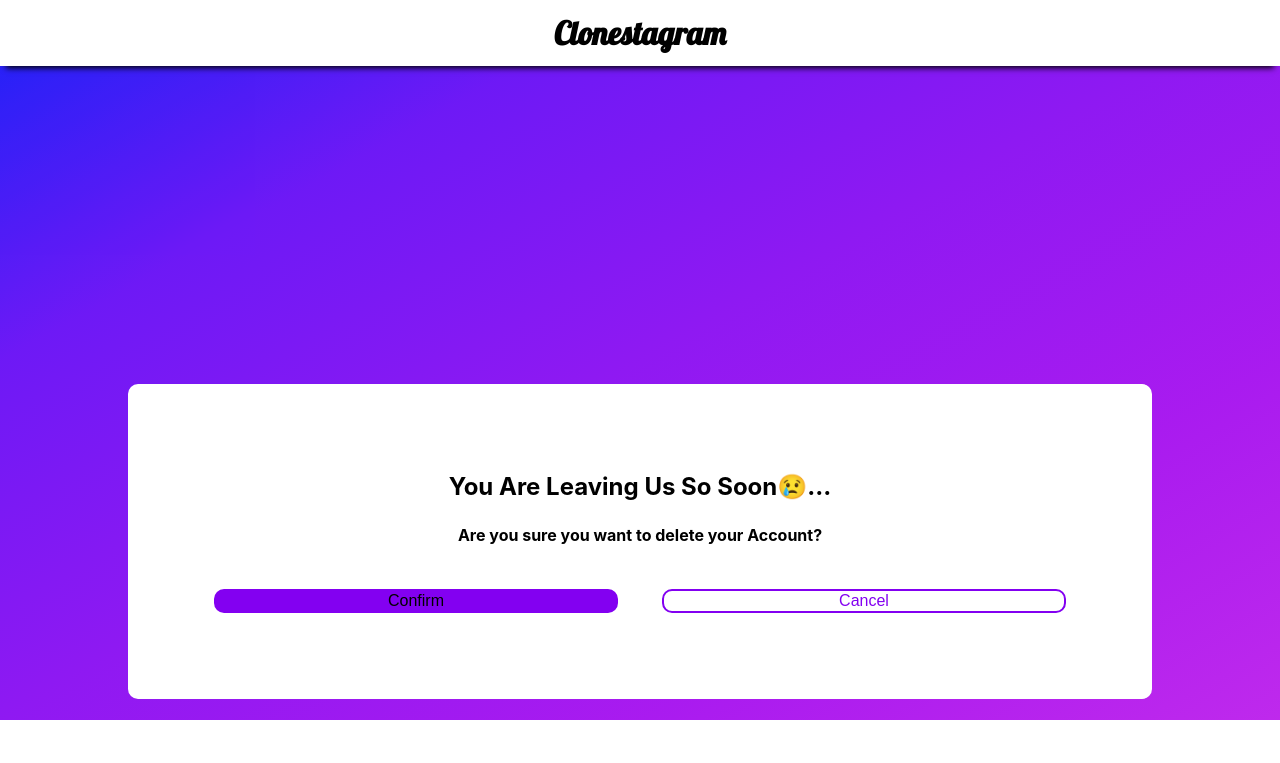
Repository: MikeMoore55/clonestagram
Page: /delaccount
An editor plug-in stored every save of this project. The page is shown before and after the next save, followed by the edit.
The browser window is 1280 px wide. The pictures show the whole page.
The page's requests for data from a server got no answer. The project was rebuilt for these pictures with package versions that can differ from the ones it lists, and the page was loaded fresh each time. The framework's server and built-in components were replaced by stand-ins that run in the browser. No one was signed in, and anything a server would have sent is missing. Also part of the build but not shown: next.config.js.

Above is the page before, as saved 2022-11-24 09:11:03.

After the next save:
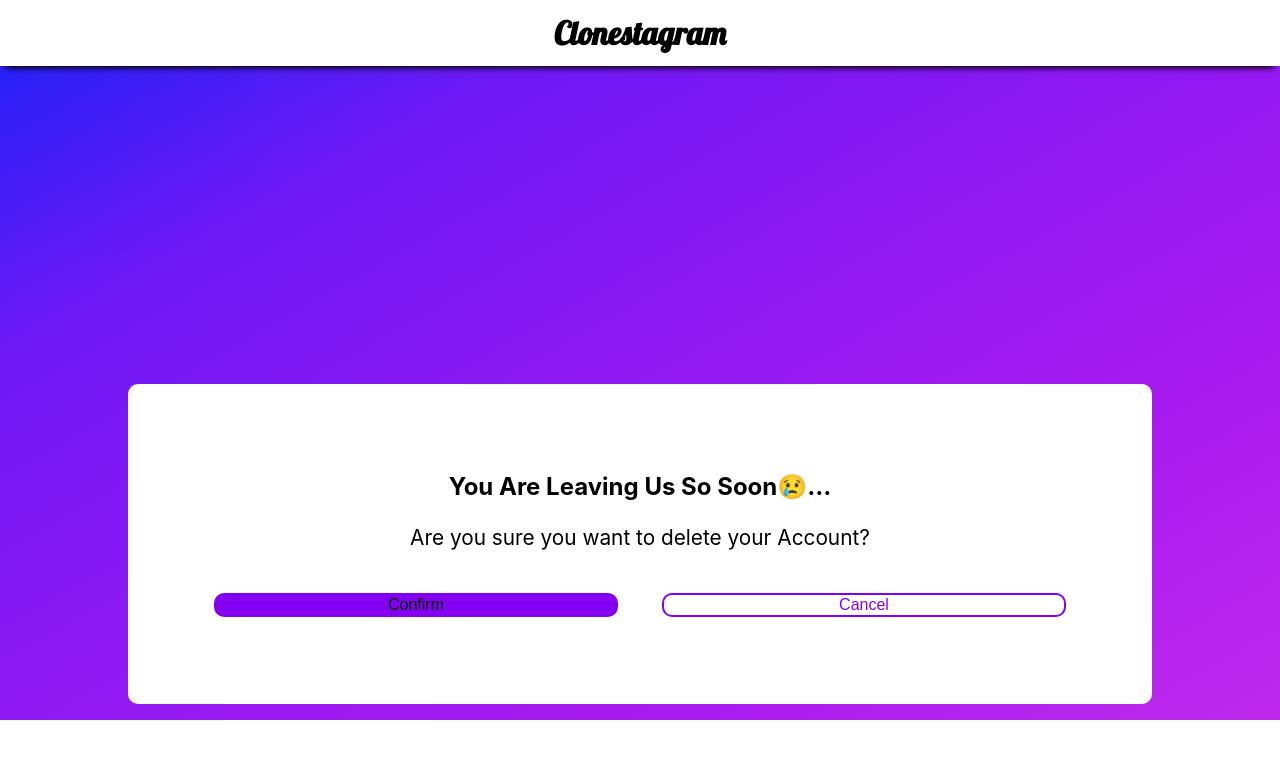
Saved 4 s later.
--- a/pages/delaccount.jsx
+++ b/pages/delaccount.jsx
@@ -52,7 +52,7 @@ export default function DelAccount( { data } ) {
         <div className={styles.container}>
             <div className={styles.block}>
                 <h3 className={styles.heading1}>You Are Leaving Us So Soon😢...</h3>
-                <h4 className={styles.heading2}>Are you sure you want to delete your Account?</h4>
+                <p className={styles.text}>Are you sure you want to delete your Account?</p>
                 <div className={styles.btnContainer}>
                     <button className={styles.confirm} onClick={() => delAccount()}>Confirm</button>
                     <button className={styles.cancel}><Link href={'/home'}>Cancel</Link></button>
